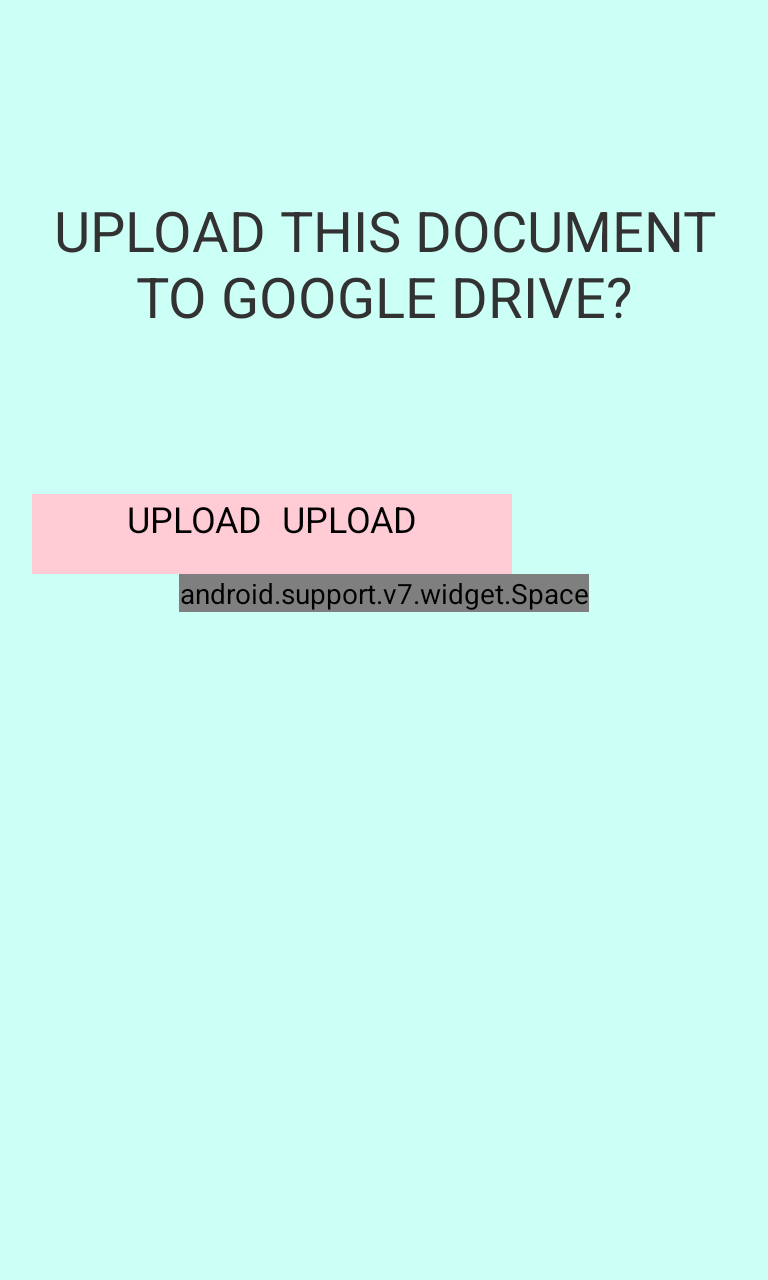
Repository: nick11roberts/Moka-Scanr
Layout: Document Uploader/res/layout/activity_preview.xml
An editor plug-in stored every save of this project. The layout is shown before and after the next save, followed by the edit.
Pictures or frames that could not be fetched are drawn as grey boxes. It is drawn on a 768 x 1280 px phone screen (xhdpi) without system bars, with theme android:Theme.Holo.Light.NoActionBar; the app's code is not run. The app's manifest (not shown) leaves right-to-left support off. So textAlignment, textDirection and layoutDirection are ignored, and left and right values win over start and end ones.

Above is the layout before, as saved 2014-05-31 00:48:32.

After the next save:
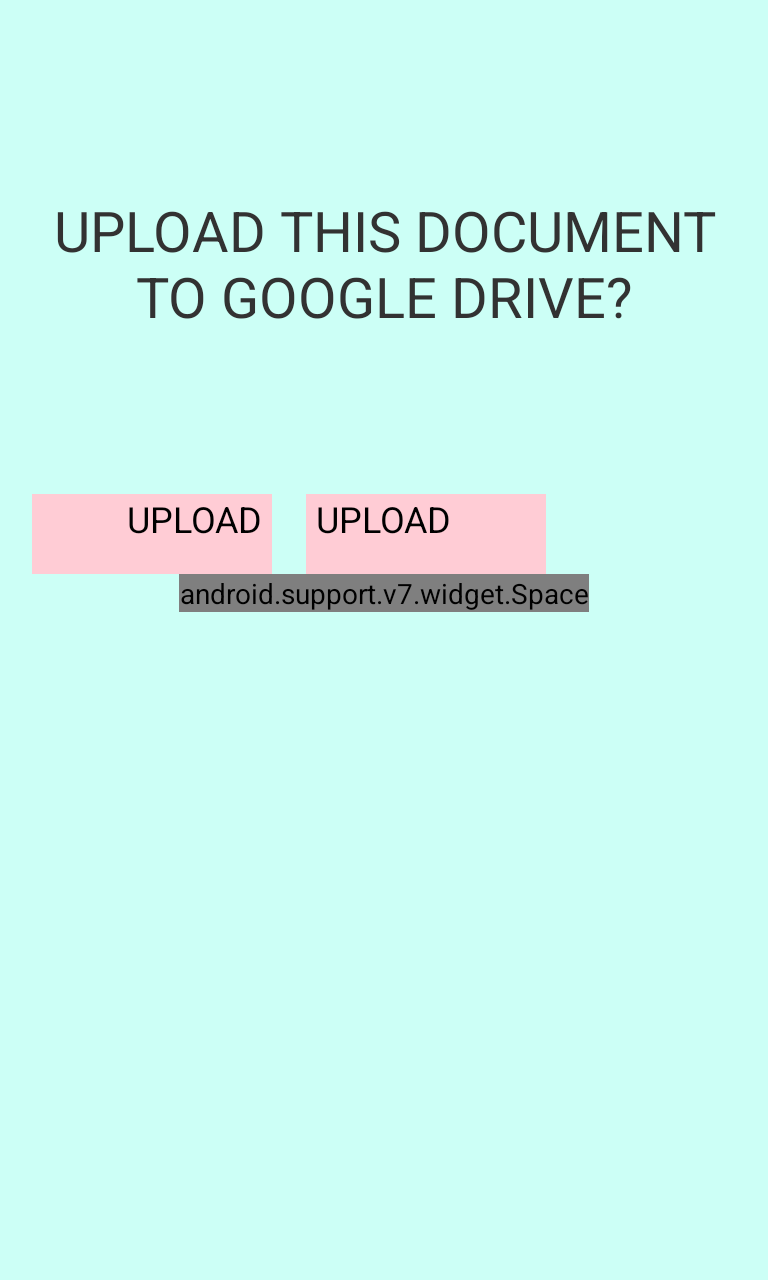
Saved 102 s later.
--- a/Document Uploader/res/layout/activity_preview.xml
+++ b/Document Uploader/res/layout/activity_preview.xml
@@ -49,7 +49,9 @@
             android:paddingLeft="5dp"
             android:paddingRight="5dp"
             android:text="@string/preview_button_upload"
-            android:textAlignment="center"  />
+            android:textAlignment="center"
+            android:layout_marginLeft="17dp"
+            android:layout_marginRight="17dp" />
 
     </TableRow>
 
